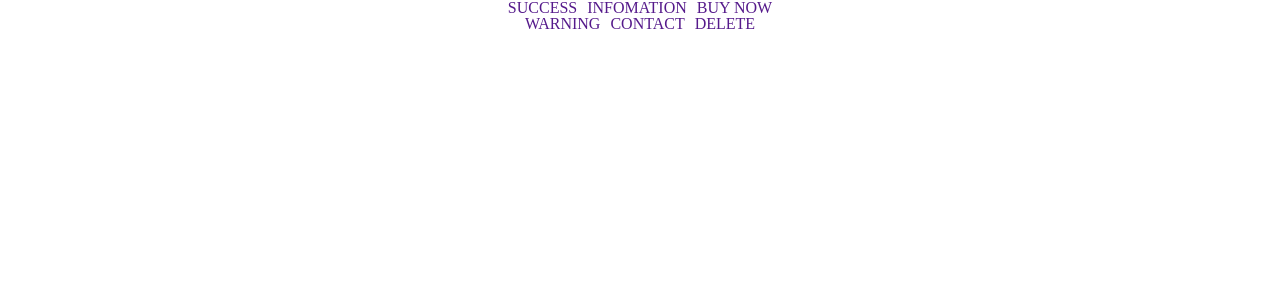
Repository: ThanhPhongsof/Css-Course
Page: index.html
An editor plug-in stored every save of this project. The page is shown before and after the next save, followed by the edit.
The browser window is 1280 px wide. The pictures show the whole page.

Above is the page before, as saved 2022-05-16 08:04:57.

### index.html
<!DOCTYPE html>
<html lang="en">
  <head>
    <meta charset="UTF-8" />
    <meta http-equiv="X-UA-Compatible" content="IE=edge" />
    <meta name="viewport" content="width=device-width, initial-scale=1.0" />
    <title>Document</title>
    <link rel="stylesheet" href="./reset.css" />
    <link rel="stylesheet" href="./styles.css" />
  </head>
  <body>
    <div class="group-button">
      <a href="" class="button button--green">success</a>
      <a href="" class="button button--blue">infomation</a>
      <a href="" class="button button--purple">buy now</a>
    </div>
    <div class="group-button">
      <a href="" class="button button--orange">warning</a>
      <a href="" class="button button--red">contact</a>
      <a href="" class="button button--pink">delete</a>
    </div>
  </body>
</html>

### styles.css
.group-button {
  display: flex;
  align-items: center;
  justify-content: center;
  gap: 20px 10px;
}

.button {
  text-decoration: none;
  text-transform: uppercase;
}

.button--green {
}

Loaded but not shown: reset.css (common file)

After the next save:
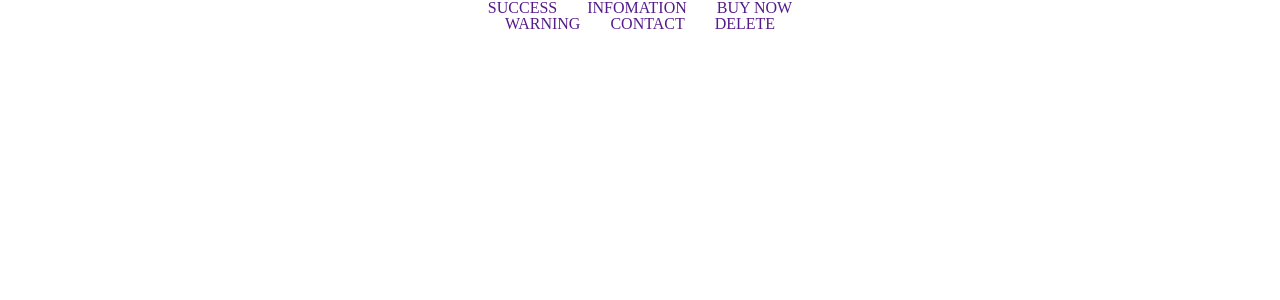
Saved 4 s later.
--- a/styles.css
+++ b/styles.css
@@ -2,7 +2,7 @@
   display: flex;
   align-items: center;
   justify-content: center;
-  gap: 20px 10px;
+  gap: 20px 30px;
 }
 
 .button {
